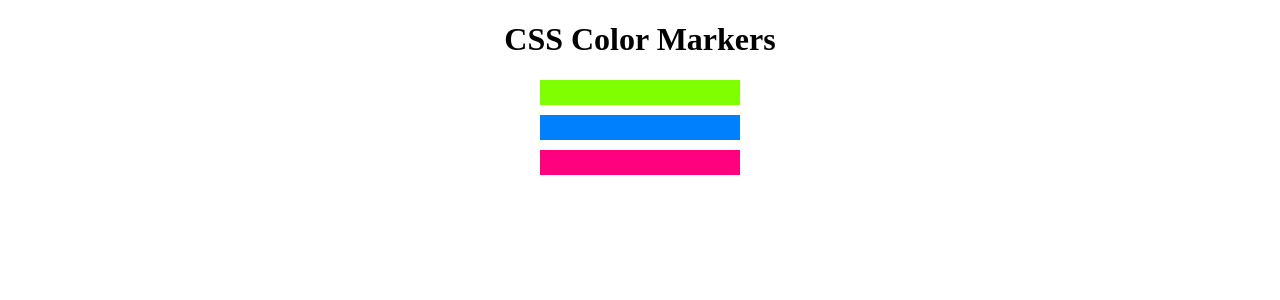
Repository: AimenDje/ColoredMarkers
Page: index.html
These files come from the project's save history. The page is drawn as it stood at one moment and after the next save; the edit follows.
The browser window is 1280 px wide. The pictures show the whole page.

Above is the page before, as saved 2025-05-08 16:08:32.

After the next save:
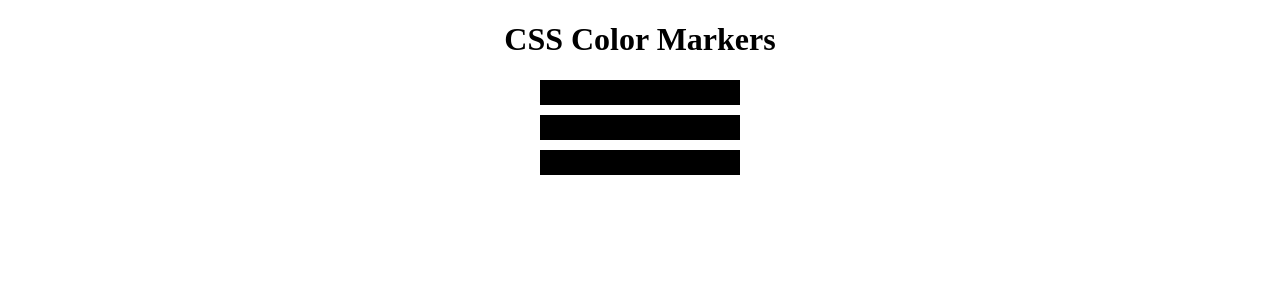
Saved 3 min 52 s later.
--- a/styles.css
+++ b/styles.css
@@ -9,13 +9,13 @@
   }
 
 .one {
-    background-color: rgb(127, 255, 0);
+    background-color: rgb(0, 0, 0);
 }
 
 .two {
-    background-color: rgb(0, 127, 255);
+    background-color: rgb(0, 0, 0);
 }
 
 .three {
-    background-color: rgb(255, 0, 127);
+    background-color: rgb(0, 0, 0);
 }
